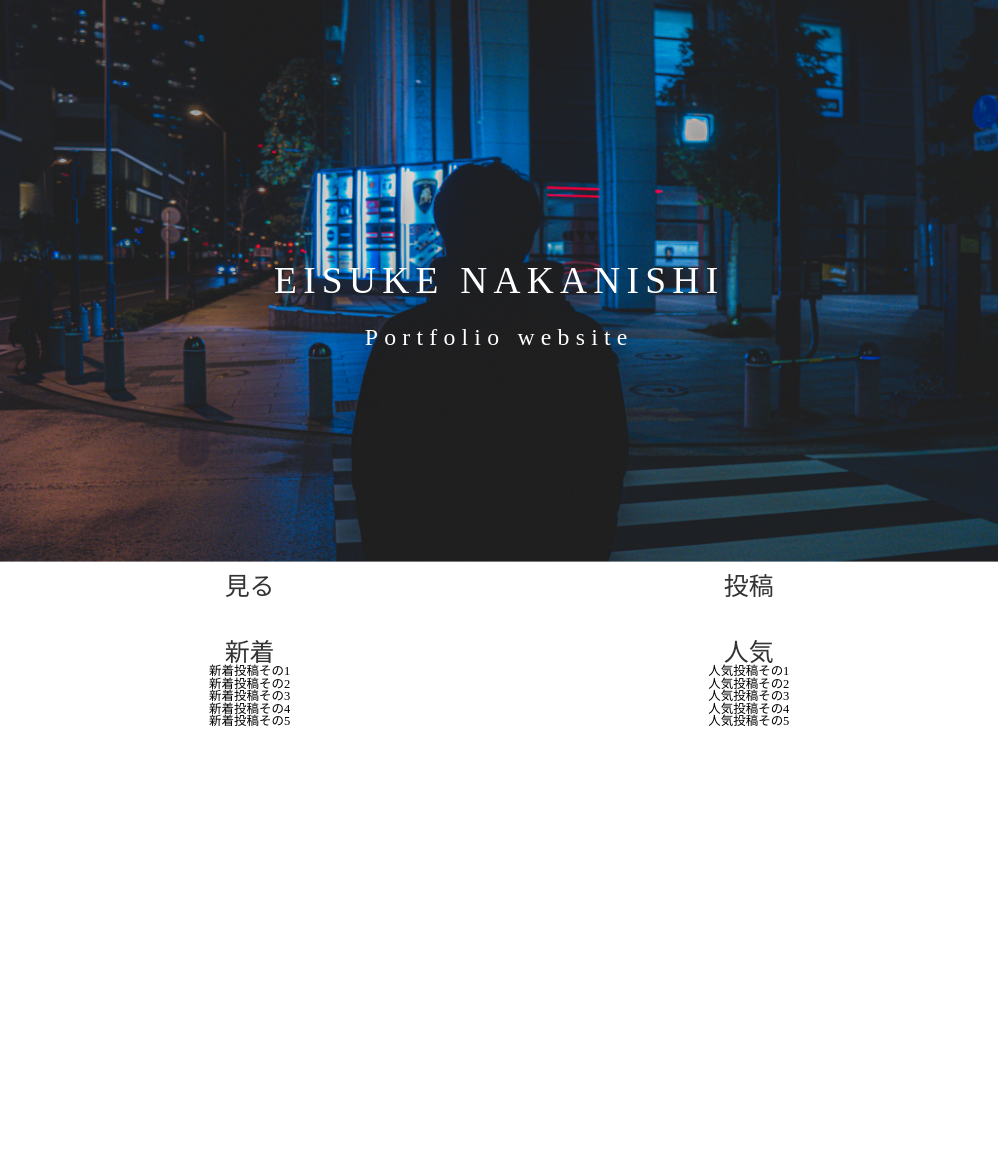
Repository: KustomApe/LandorusInc
Page: index.html
These files come from the project's save history. The page is drawn as it stood at one moment and after the next save; the edit follows.
The browser window is 1280 px wide. The pictures show the whole page, at 78% of full size.

Above is the page before, as saved 2021-07-24 13:17:51.

After the next save:
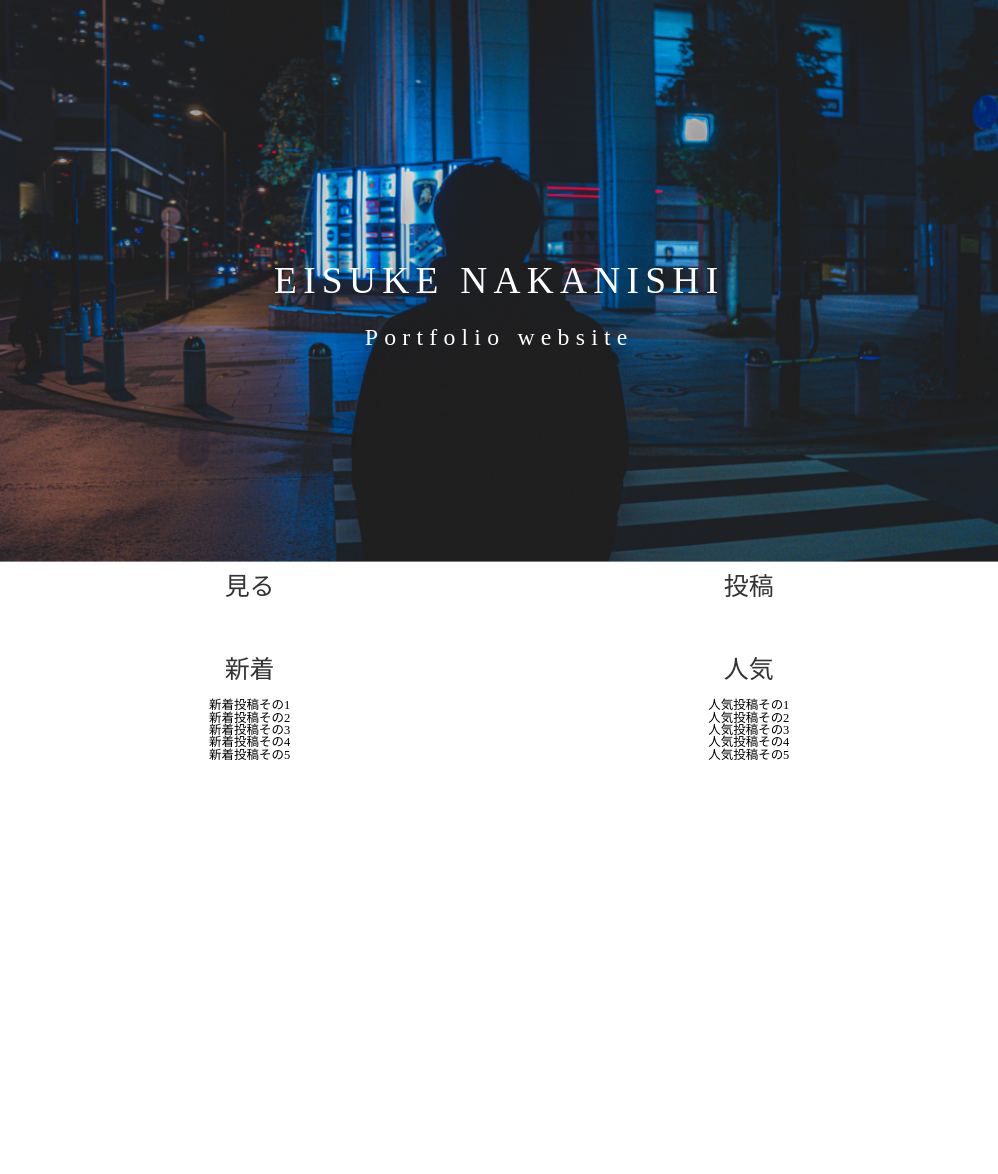
Saved 26 s later.
--- a/assets/css/style.css
+++ b/assets/css/style.css
@@ -77,6 +77,7 @@ ul.topics {
 }
 
 ul.topics li#heading2 {
+    padding: 3vh 0;
     font-size: 2rem;
     color: #333;
 }
